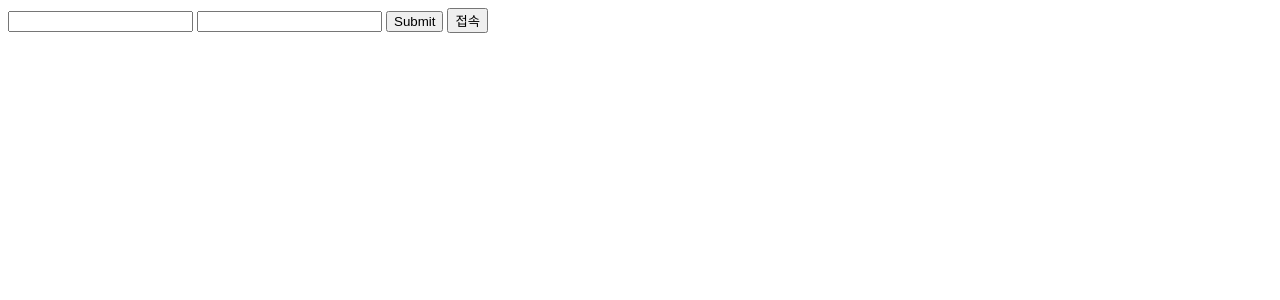
Repository: HwangEojin/homework
Page: http://localhost/day02_task/
These files come from the project's save history. The page is drawn as it stood at one moment and after the next save; the edit follows.
The browser window is 1280 px wide. The pictures show the whole page.
The page is served by Tomcat 9.

Above is the page before, as saved 2025-01-13 08:45:26.

After the next save:
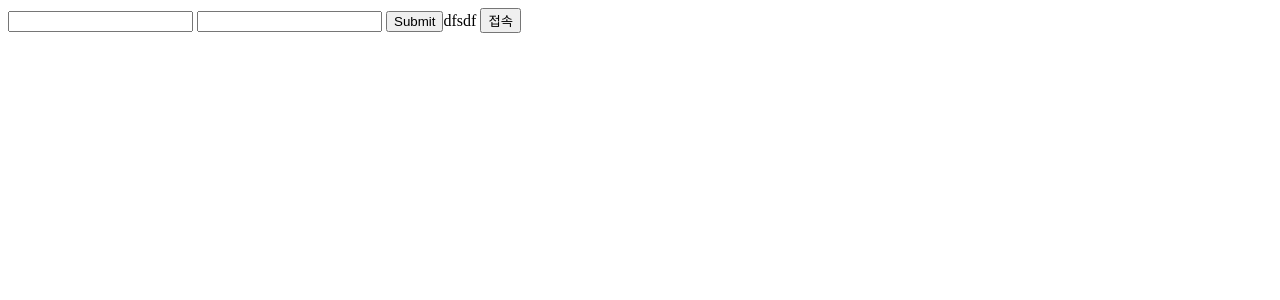
Saved 27 s later.
--- a/week09/day02_task/src/main/webapp/index.jsp
+++ b/week09/day02_task/src/main/webapp/index.jsp
@@ -11,7 +11,7 @@
 	<form action="MyServlet1" method="get">
 		<input type="text" name="userName" required>
 		<input type="text" name="userAge" required>
-		<input type="submit">
+		<input type="submit">dfsdf</input>
 		<button>접속</button>
 	</form>
 
